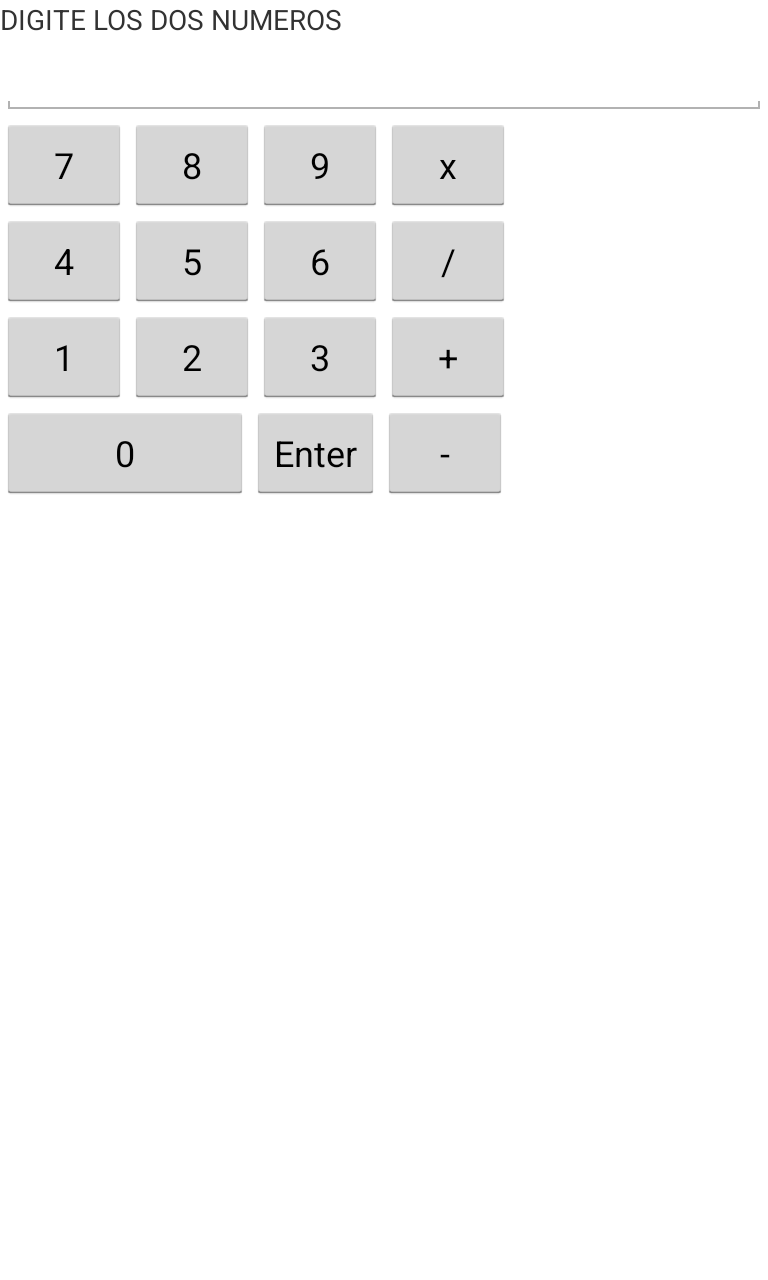
Repository: betini/Javaprojects
Layout: calculadora/res/layout/activity_main.xml
The author's editor kept a copy of each file at every save. The layout is drawn from the files as they stood at one save, then again after the next save.
It is drawn on a 768 x 1280 px phone screen (xhdpi) without system bars, with theme AppTheme; the app's code is not run.

Above is the layout before, as saved 2013-08-23 00:09:09.

### calculadora/res/layout/activity_main.xml
<LinearLayout
    android:layout_width="wrap_content"
    android:layout_height="wrap_content"
    xmlns:android="http://schemas.android.com/apk/res/android"
    android:orientation="vertical">

    <TextView
        android:id="@+id/aviso"
        android:layout_width="wrap_content"
        android:layout_height="wrap_content"
        android:text="DIGITE LOS DOS NUMEROS" />

    <EditText
        android:id="@+id/dato1"
        android:layout_width="match_parent"
        android:layout_height="wrap_content" >
    </EditText>


    <LinearLayout
    android:layout_width="wrap_content"
    android:layout_height="wrap_content"
    android:orientation="horizontal">

        <Button
        android:layout_width="wrap_content"
        android:layout_height="wrap_content"
        android:onClick="uno"
        android:text="7" />

    <Button
        android:layout_width="wrap_content"
        android:layout_height="wrap_content"
        android:onClick="multiplica"
        android:text="8" />

    <Button
        android:layout_width="wrap_content"
        android:layout_height="wrap_content"
        android:onClick="divide"
        android:text="9" />

    <Button
        android:layout_width="wrap_content"
        android:layout_height="wrap_content"
        android:onClick="suma"
        android:text="x" />
    </LinearLayout>

        <LinearLayout
    android:layout_width="wrap_content"
    android:layout_height="wrap_content"
    android:orientation="horizontal">
    <Button
        android:layout_width="wrap_content"
        android:layout_height="wrap_content"
        android:onClick="uno"
        android:text="4" />

    <Button
        android:layout_width="wrap_content"
        android:layout_height="wrap_content"
        android:onClick="multiplica"
        android:text="5" />

    <Button
        android:layout_width="wrap_content"
        android:layout_height="wrap_content"
        android:onClick="divide"
        android:text="6" />

    <Button
        android:layout_width="wrap_content"
        android:layout_height="wrap_content"
        android:onClick="suma"
        android:text="/" />
    </LinearLayout>

     <LinearLayout
    android:layout_width="wrap_content"
    android:layout_height="wrap_content"
    android:orientation="horizontal">
    <Button
        android:layout_width="wrap_content"
        android:layout_height="wrap_content"
        android:onClick="uno"
        android:text="1" />

    <Button
        android:layout_width="wrap_content"
        android:layout_height="wrap_content"
        android:onClick="multiplica"
        android:text="2" />

    <Button
        android:layout_width="wrap_content"
        android:layout_height="wrap_content"
        android:onClick="divide"
        android:text="3" />

    <Button
        android:layout_width="wrap_content"
        android:layout_height="wrap_content"
        android:onClick="suma"
        android:text="+" />
    </LinearLayout>
    <LinearLayout
    android:layout_width="wrap_content"
    android:layout_height="wrap_content"
    android:orientation="horizontal">

    <Button
        android:layout_width="125dp"
        android:layout_height="wrap_content"
        android:onClick="uno"
        android:text="0" />

    <Button
        android:layout_width="wrap_content"
        android:layout_height="wrap_content"
        android:onClick="multiplica"
        android:text="Enter" />

    <Button
        android:layout_width="wrap_content"
        android:layout_height="wrap_content"
        android:onClick="divide"
        android:text="-" />

    </LinearLayout>
    </LinearLayout>

Loaded but not shown: calculadora/res/values/styles.xml (common file); calculadora/res/values-v11/styles.xml (common file); calculadora/res/values-v14/styles.xml (common file)

After the next save:
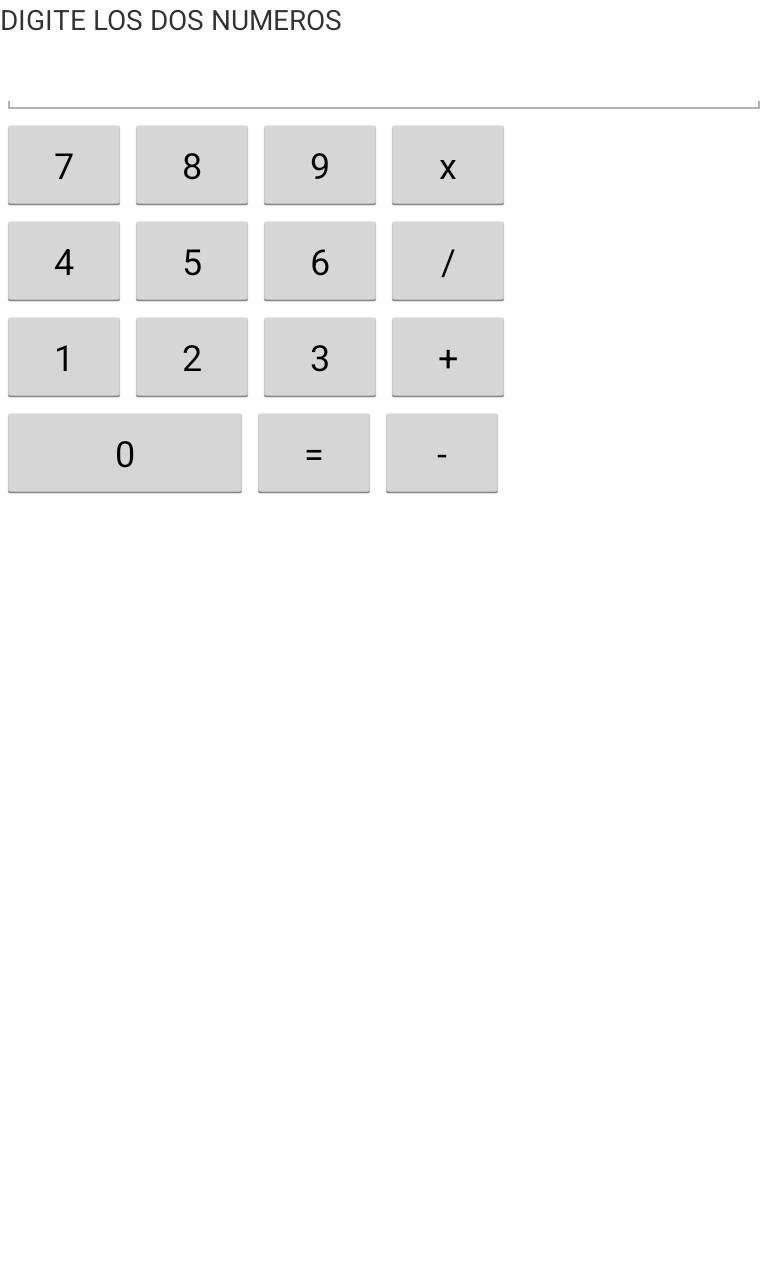
Saved 6 min 9 s later.
--- a/calculadora/res/layout/activity_main.xml
+++ b/calculadora/res/layout/activity_main.xml
@@ -25,25 +25,25 @@
         <Button
         android:layout_width="wrap_content"
         android:layout_height="wrap_content"
-        android:onClick="uno"
+        android:onClick="siete"
         android:text="7" />
 
     <Button
         android:layout_width="wrap_content"
         android:layout_height="wrap_content"
-        android:onClick="multiplica"
+        android:onClick="ocho"
         android:text="8" />
 
     <Button
         android:layout_width="wrap_content"
         android:layout_height="wrap_content"
-        android:onClick="divide"
+        android:onClick="nueve"
         android:text="9" />
 
     <Button
         android:layout_width="wrap_content"
         android:layout_height="wrap_content"
-        android:onClick="suma"
+        android:onClick="multiplica"
         android:text="x" />
     </LinearLayout>
 
@@ -54,25 +54,25 @@
     <Button
         android:layout_width="wrap_content"
         android:layout_height="wrap_content"
-        android:onClick="uno"
+        android:onClick="cuatro"
         android:text="4" />
 
     <Button
         android:layout_width="wrap_content"
         android:layout_height="wrap_content"
-        android:onClick="multiplica"
+        android:onClick="cinco"
         android:text="5" />
 
     <Button
         android:layout_width="wrap_content"
         android:layout_height="wrap_content"
-        android:onClick="divide"
+        android:onClick="seis"
         android:text="6" />
 
     <Button
         android:layout_width="wrap_content"
         android:layout_height="wrap_content"
-        android:onClick="suma"
+        android:onClick="divide"
         android:text="/" />
     </LinearLayout>
 
@@ -89,13 +89,13 @@
     <Button
         android:layout_width="wrap_content"
         android:layout_height="wrap_content"
-        android:onClick="multiplica"
+        android:onClick="dos"
         android:text="2" />
 
     <Button
         android:layout_width="wrap_content"
         android:layout_height="wrap_content"
-        android:onClick="divide"
+        android:onClick="tres"
         android:text="3" />
 
     <Button
@@ -112,19 +112,19 @@
     <Button
         android:layout_width="125dp"
         android:layout_height="wrap_content"
-        android:onClick="uno"
+        android:onClick="cero"
         android:text="0" />
 
     <Button
         android:layout_width="wrap_content"
         android:layout_height="wrap_content"
-        android:onClick="multiplica"
-        android:text="Enter" />
+        android:onClick="resultado"
+        android:text="=" />
 
     <Button
         android:layout_width="wrap_content"
         android:layout_height="wrap_content"
-        android:onClick="divide"
+        android:onClick="resta"
         android:text="-" />
 
     </LinearLayout>
